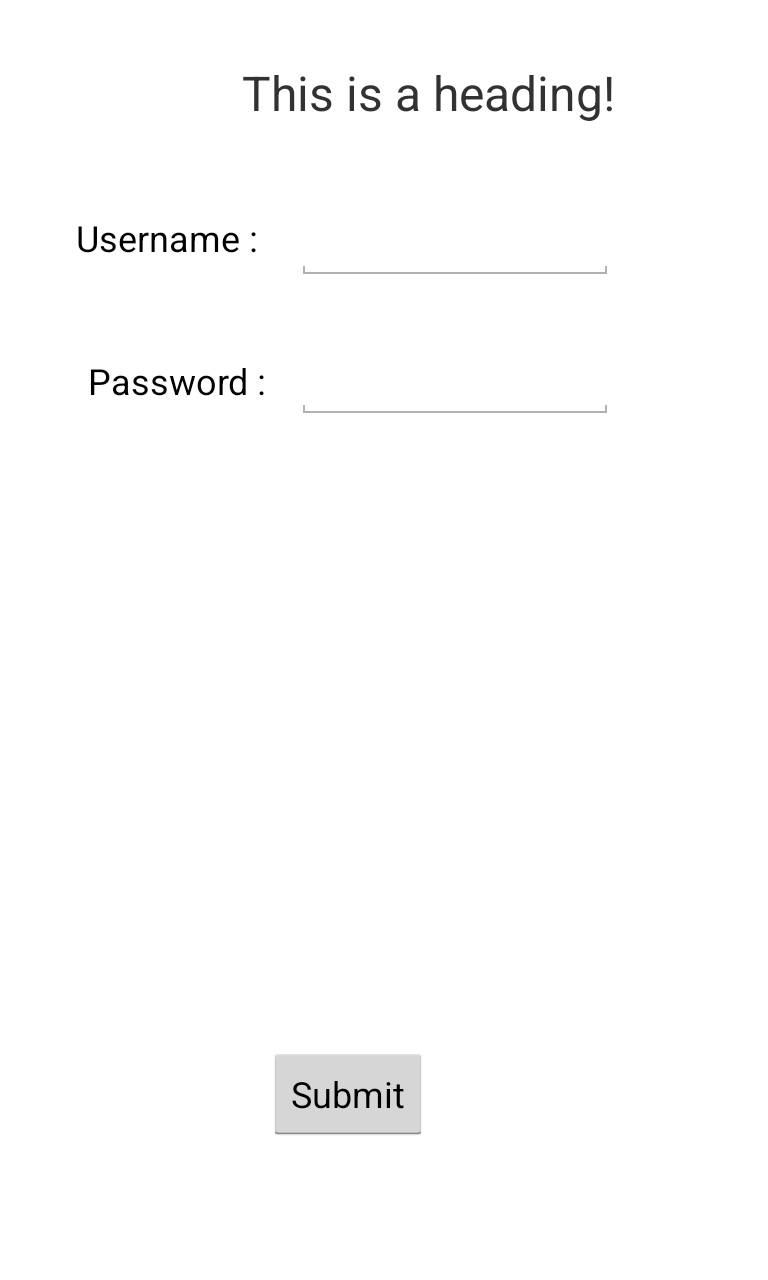
Repository: itsnavneetk/sem6
Layout: AT/150911226/FirstApplication/res/layout/activity_main.xml
The author's editor kept a copy of each file at every save. The layout is drawn from the files as they stood at one save, then again after the next save.
It is drawn on a 768 x 1280 px phone screen (xhdpi) without system bars, with theme AppTheme; the app's code is not run.

Above is the layout before, as saved 2018-01-10 04:11:33.

### AT/150911226/FirstApplication/res/layout/activity_main.xml
<RelativeLayout xmlns:android="http://schemas.android.com/apk/res/android"
    xmlns:tools="http://schemas.android.com/tools"
    android:layout_width="match_parent"
    android:layout_height="match_parent"
    android:paddingBottom="@dimen/activity_vertical_margin"
    android:paddingLeft="@dimen/activity_horizontal_margin"
    android:paddingRight="@dimen/activity_horizontal_margin"
    android:paddingTop="@dimen/activity_vertical_margin"
    tools:context=".MainActivity" >

    <TextView
        android:id="@+id/textView1"
        android:layout_width="wrap_content"
        android:layout_height="wrap_content"
        android:layout_alignParentTop="true"
        android:layout_alignRight="@+id/password"
        android:layout_marginTop="14dp"
        android:text="This is a heading!"
        android:textSize="24sp" />

    <Button
        android:id="@+id/button1"
        android:layout_width="wrap_content"
        android:layout_height="wrap_content"
        android:layout_alignParentBottom="true"
        android:layout_marginBottom="53dp"
        android:layout_toRightOf="@+id/textView2"
        android:text="Submit" />

    <TextView
        android:id="@+id/unametext"
        android:layout_width="wrap_content"
        android:layout_height="wrap_content"
        android:layout_alignRight="@+id/textView2"
        android:layout_below="@+id/textView1"
        android:layout_marginTop="44dp"
        android:text="Username : "
        android:textAppearance="?android:attr/textAppearanceMedium" />

    <EditText
        android:id="@+id/unametext"
        android:layout_width="wrap_content"
        android:layout_height="wrap_content"
        android:layout_alignLeft="@+id/button1"
        android:layout_below="@+id/textView1"
        android:layout_marginLeft="14dp"
        android:layout_marginTop="39dp"
        android:ems="10"
        android:width="160dp" />

    <TextView
        android:id="@+id/textView2"
        android:layout_width="wrap_content"
        android:layout_height="wrap_content"
        android:layout_alignParentLeft="true"
        android:layout_below="@+id/unametext"
        android:layout_marginLeft="28dp"
        android:layout_marginTop="37dp"
        android:text="Password :"
        android:textAppearance="?android:attr/textAppearanceMedium" />

    <EditText
        android:id="@+id/password"
        android:layout_width="wrap_content"
        android:layout_height="wrap_content"
        android:layout_alignBaseline="@+id/textView2"
        android:layout_alignBottom="@+id/textView2"
        android:layout_alignLeft="@+id/unametext"
        android:ems="10"
        android:inputType="textPassword"
        android:width="160dp" />

</RelativeLayout>

Loaded but not shown: AT/150911226/FirstApplication/res/values/styles.xml (common file); AT/150911226/FirstApplication/res/values-v11/styles.xml (common file); AT/150911226/FirstApplication/res/values-v14/styles.xml (common file); AT/150911226/FirstApplication/res/values/dimens.xml (common file)

After the next save:
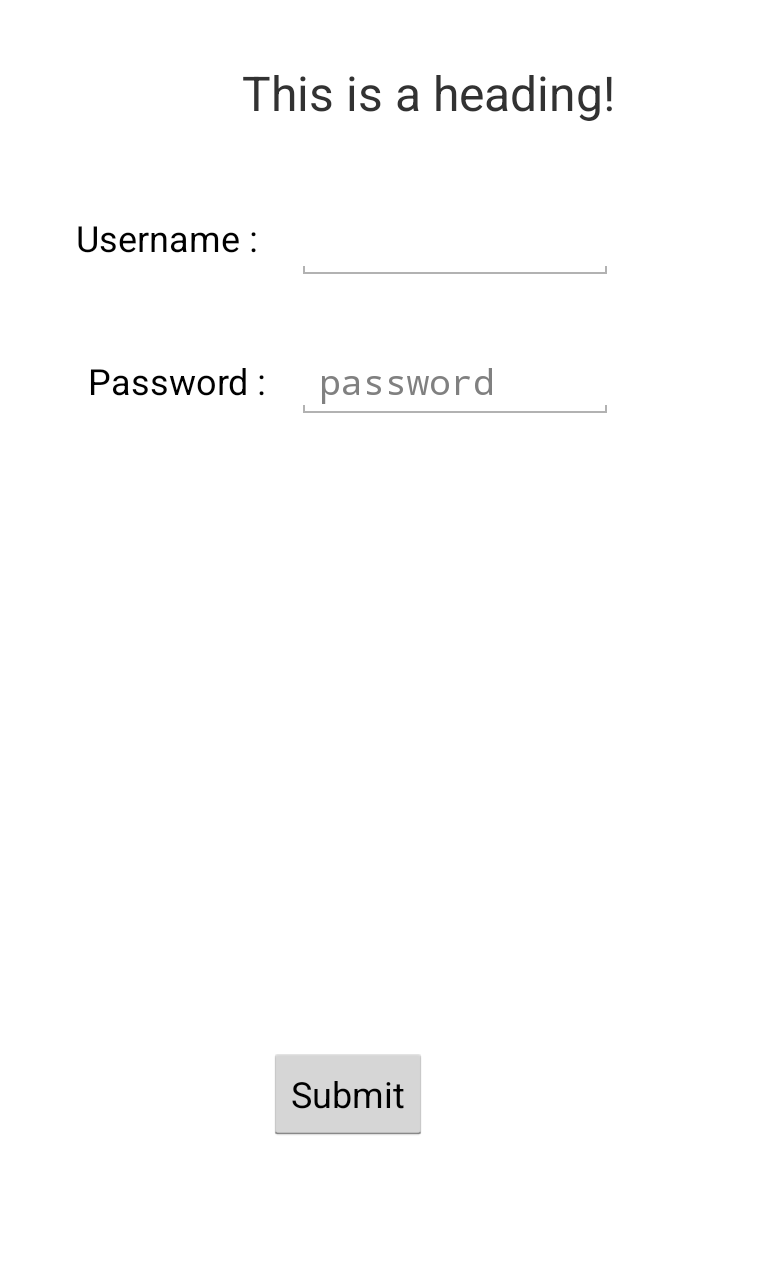
Saved 4 min 20 s later.
--- a/AT/150911226/FirstApplication/res/layout/activity_main.xml
+++ b/AT/150911226/FirstApplication/res/layout/activity_main.xml
@@ -67,6 +67,7 @@
         android:layout_alignBottom="@+id/textView2"
         android:layout_alignLeft="@+id/unametext"
         android:ems="10"
+        android:hint="password"
         android:inputType="textPassword"
         android:width="160dp" />
 
